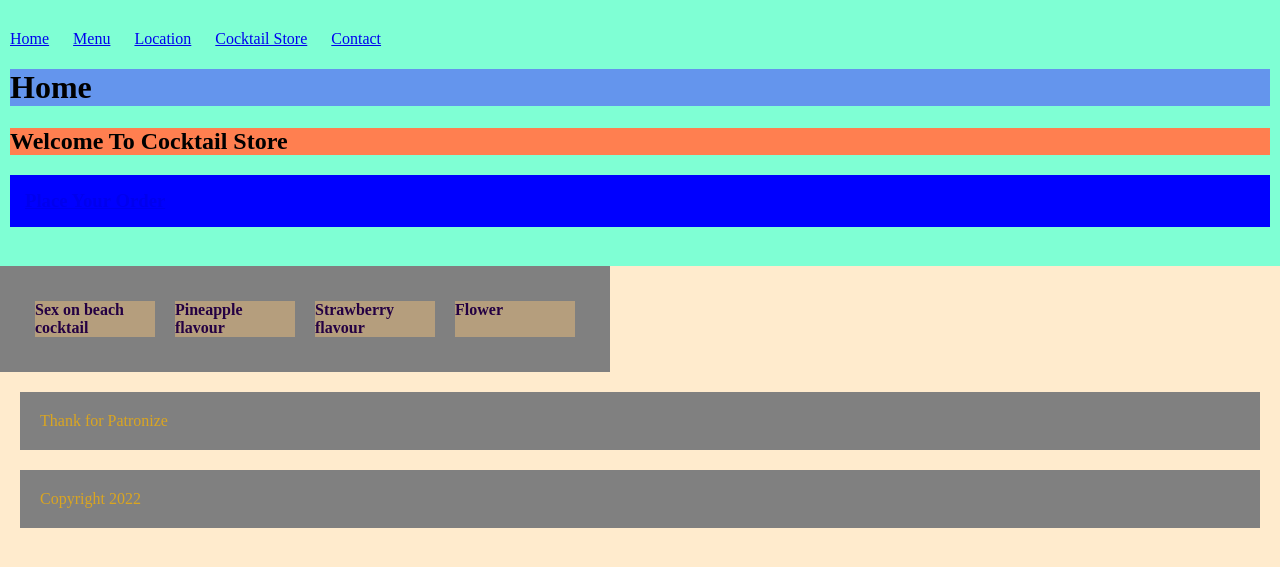
Repository: Tobby004/my-old-tryiing-1
Page: index.html
An editor plug-in stored every save of this project. The page is shown before and after the next save, followed by the edit.
The browser window is 1280 px wide. The pictures show the whole page.

Above is the page before, as saved 2022-12-11 21:28:57.

After the next save:
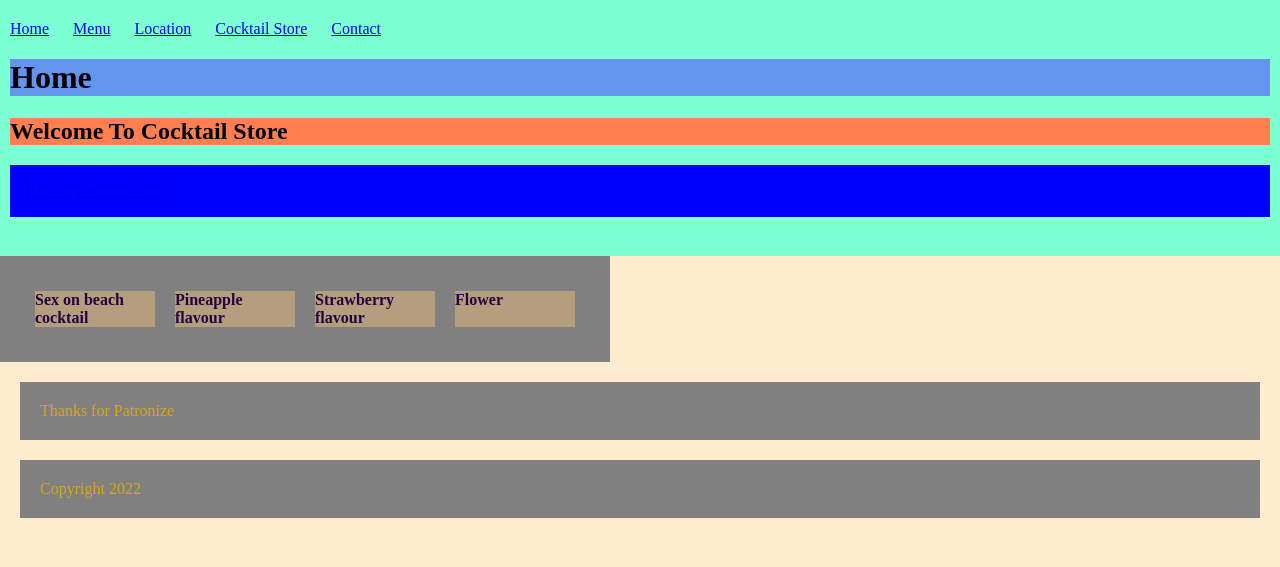
Saved 66 days later.
--- a/index.html
+++ b/index.html
@@ -9,7 +9,7 @@
 </head>
 <body>
     <header>
-        <div class="circle"></div>
+
         <nav>
             <ul>
                 <li><a href="index.html">Home</a></li>
@@ -31,7 +31,7 @@
         <div><strong>Strawberry flavour</strong></div>
         <div><strong>Flower</strong></div>
     </section>
-    <footer>Thank for Patronize</footer>
+    <footer>Thanks for Patronize</footer>
     <footer>Copyright 2022</footer>
 </body>
 </html>
